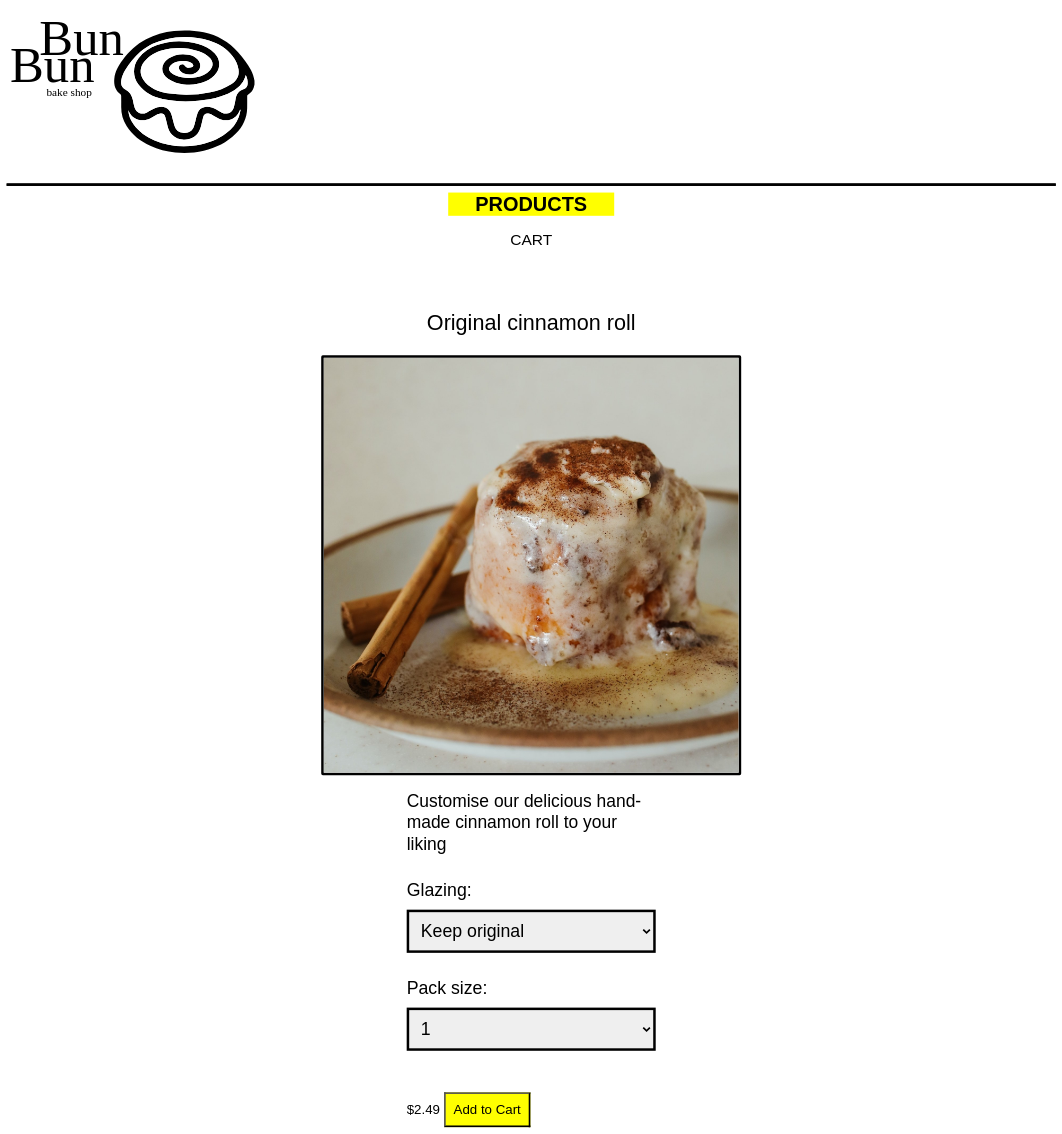
Repository: alicianghm/pui-hw
Page: solution-hw1/HW1-Detail.html
The author's editor kept a copy of each file at every save. The page is drawn from the files as they stood at one save, then again after a run of saves.
The browser window is 1280 px wide. The pictures show the whole page, at 83% of full size.

Above is the page before, as saved 2022-09-08 14:01:25.

After the next 2 saves:
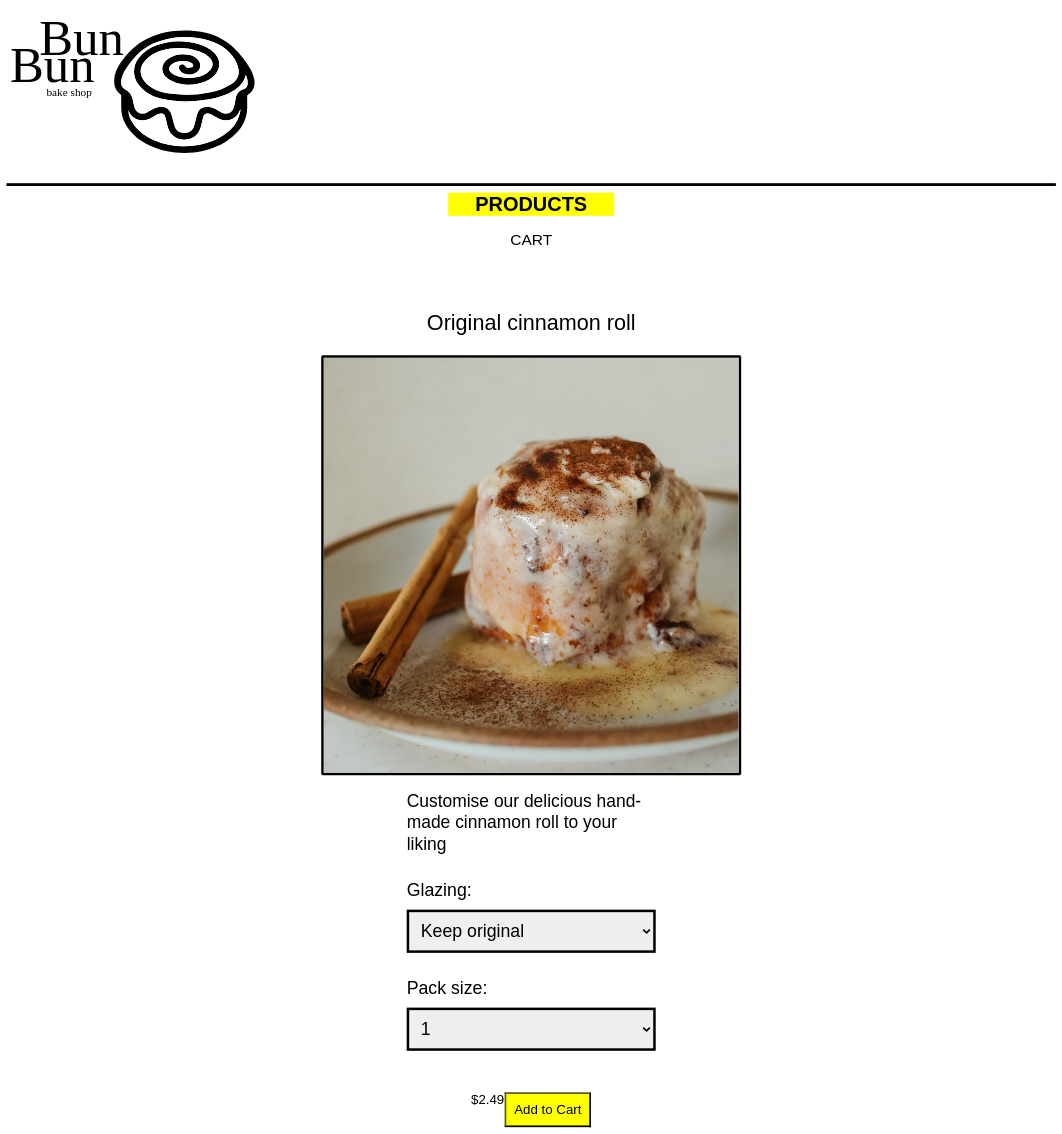
The 2 saves are shown as one change because they came seconds apart.
The last was saved 8 s later.
--- a/solution-hw1/hw1.css
+++ b/solution-hw1/hw1.css
@@ -211,7 +211,7 @@
 }
 
 .checkout{
-  display:flex
+  display:flex;
   justify-content: center;
   padding-top: 50px;
 }
